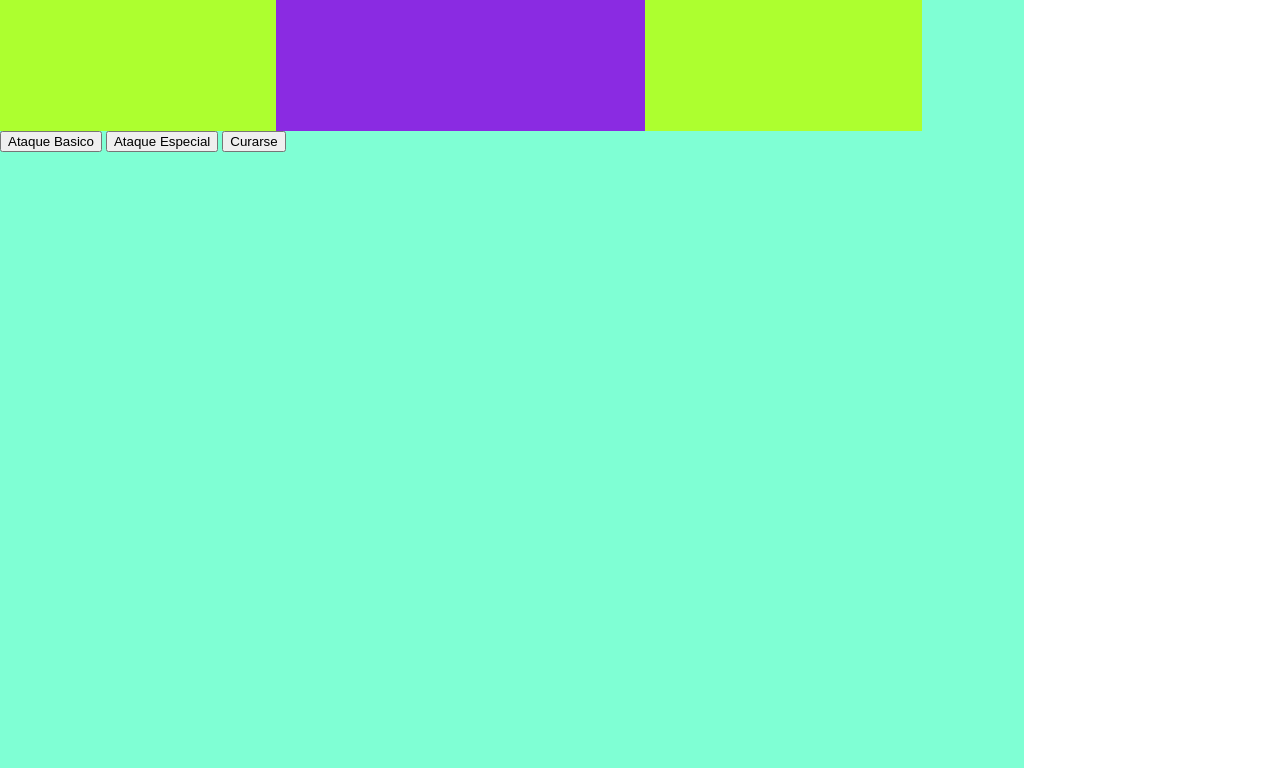
Repository: NovaDuel/novaduel-game
Page: index.html
An editor plug-in stored every save of this project. The page is shown before and after the next save, followed by the edit.
The browser window is 1280 px wide. The pictures show the whole page.

Above is the page before, as saved 2024-03-25 09:47:57.

After the next save:
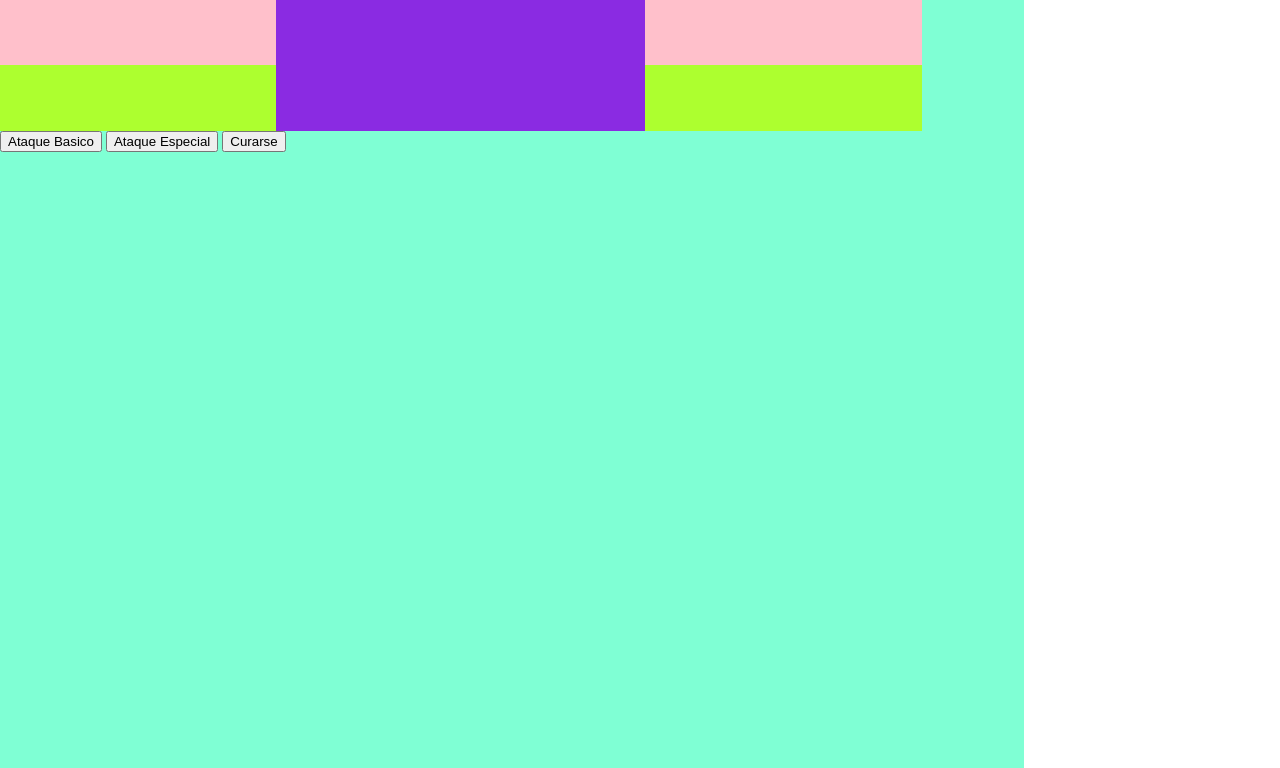
Saved 7 s later.
--- a/style.css
+++ b/style.css
@@ -26,5 +26,5 @@ body {
 .health {
     width: 100%;
     height: 50%;
-    background-color:
+    background-color: pink;
 }
